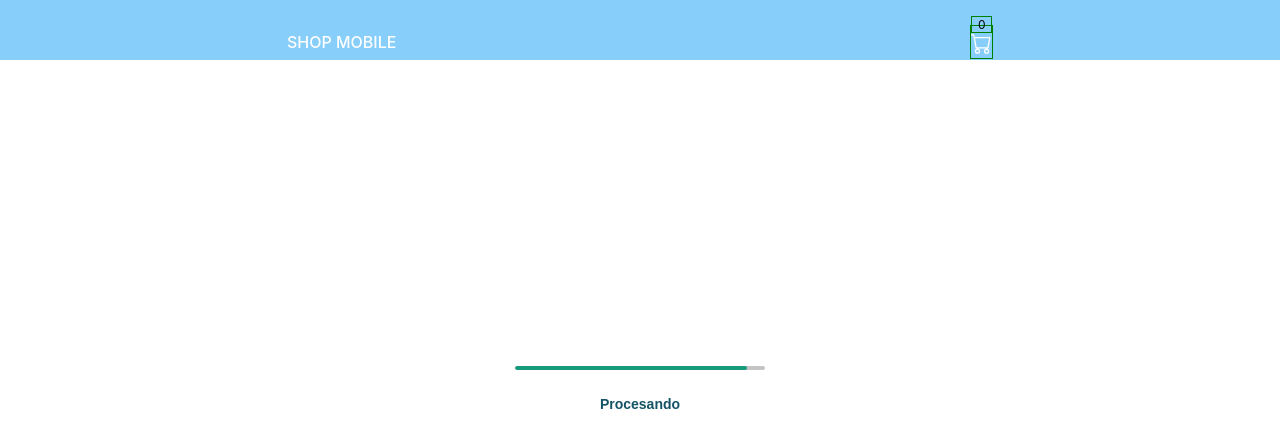
Repository: banchiec/atInditex
Page: /
An editor plug-in stored every save of this project. The page is shown before and after the next save, followed by the edit.
The browser window is 1280 px wide. The pictures show the whole page.
The page's requests for data from a server got no answer. The project was rebuilt for these pictures with package versions that can differ from the ones it lists, and the page was loaded fresh each time. No one was signed in, and anything a server would have sent is missing. Also part of the build but not shown: src/components/Cards/CardProductItem/cardProductItemStyled.js, src/components/Cards/CardProductItem/CardProductItem.js, src/services/cart.services.js, src/utils/products/cart.utils.js, src/screen/DetailsProductScreen/components/ButtonOptions/buttonOptionsStyled.js, src/screen/DetailsProductScreen/components/ButtonOptions/ButtonOptions.js, src/screen/DetailsProductScreen/styles/detailsProductScreenStyled.js, src/screen/DetailsProductScreen/DetailsProductScreen.js.

Above is the page before, as saved 2022-09-08 10:55:32.

### src/App.js
import {BrowserRouter as Router, Routes, Route } from 'react-router-dom'
import * as path from './utils/paths'
import Header from './components/Header/Header';
import ProductsScreen from './screen/ProductsScreen/ProductsScreen';
import DetailsProductScreen from './screen/DetailsProductScreen/DetailsProductScreen';
import { useEffect, useState } from 'react';

let counter = 0

function App() {
  const [counterCart, setCounterCart] = useState(0)

  useEffect(() => {
    handleCounterCart()
  }, [])

  const handleCounterCart = (valor) => {
    console.log(valor);
    if(valor === null){
      setCounterCart(counter)
    }
    setTimeout(() => {
      setCounterCart(valor)
    }, 1000)
    if(valor){
      counter++
    }
  }

  console.log(counterCart);

  return (
    <Router>
      <Header counterCart={counterCart} />
      <Routes>
        <Route path={path.PRODUCTPAGE} element={<ProductsScreen/>} />
        <Route path={path.DETAILSPAGE} element={<DetailsProductScreen handleCounterCart={handleCounterCart} />}  />
      </Routes>
    </Router>
  );
}

export default App;

### src/utils/paths.js
export const PRODUCTPAGE= '/'
export const DETAILSPAGE= '/product/details/:id'

### src/components/Header/Header.js
import { Link } from "react-router-dom"
import {BsCart} from 'react-icons/bs'
import * as path from '../../utils/paths'
import { ContainerHeader } from "./headerStyled"
import { useEffect, useState } from "react"

const Header = ({counterCart}) => {
  const [cartItems,setCartItems] = useState()

  useEffect(() => {
    if(counterCart === null){
      setCartItems(0)
    }
    setCartItems(counterCart?.countItems)
  }, [])

  console.log(counterCart);

  return(
    <ContainerHeader>
      <Link to={path.PRODUCTPAGE}>
        SHOP MOBILE
      </Link>
      <div>
        <p>
        { counterCart != null ? counterCart?.countItems: 0}
        </p>
        <BsCart/>
      </div>
    </ContainerHeader>
  )
}
export default Header

### src/screen/ProductsScreen/ProductsScreen.js
import { useEffect, useState } from "react"
import CardProductItem from "../../components/Cards/CardProductItem/CardProductItem"
import Loader from "../../components/Loaders/Loader"
import { getProducts } from "../../utils/products/products.utils"
import { getWithExpiry } from "../../utils/localStorage"
import { ContainerProducts, Filter, Search } from "./styles/productScreenStyled"

const ProductsScreen = () => {
  const [products, setProducts] = useState(null)
  const [productsSearch, setProductsSearch] = useState([])
  const [value, setValue] = useState('')
  const [alert, setAlert] = useState(null)
  const [cartItem, setCartItems] = useState(0)

  useEffect(() => {
    getProducts()
  },[])
  useEffect(()=> {
    setTimeout(() => {
      setProducts(getWithExpiry('products'));
      setProductsSearch(getWithExpiry('products'))
    }, 2000);
  },[])
  useEffect(() => {
    setTimeout(() => {
      if(getWithExpiry('products') === null){
        setAlert(
          <div>
            <h1>Es necesario volver a solicitar la información</h1>
          </div>
        )
        setProducts([])
      }
    }, 3600000)
  },[])

  const handleGetProduct = (e) => {
    setValue(e.target.value)
    filter(e.target.value)
  }
  const filter = (searchText) => {
    let resutlsSearch = productsSearch.filter((product) => {
      if(product.brand.toString().toLowerCase().includes(searchText.toLowerCase())
        || product.model.toString().toLowerCase().includes(searchText.toLowerCase())){
        return product
      }
    })
    setProducts(resutlsSearch)
  }
  return (
    <div>
      <Filter>
        <h4>LIST ITEM</h4>
        <Search
          type='text'
          placeholder="SEARCH"
          value={value}
          onChange={(e) => handleGetProduct(e)}
        />
      </Filter>
      <ContainerProducts>
        { !products ? (
          <Loader/>
        ):(
          products?.map((item) => {
            return (
              <CardProductItem
                key={item.id}
                id = {item.id}
                imgUrl={item.imgUrl}
                brand={item.brand}
                model={item.model}
                price={item.price}
              />
            )
        })) }
        {alert}
      </ContainerProducts>
    </div>
  )
}

export default ProductsScreen

### src/components/Header/headerStyled.js
import styled from "styled-components";

export const ContainerHeader = styled.header`


  @media (min-width:768px){
    display: flex;
    justify-content: space-around;
    align-items: center;
    background: #87CEFA;
    padding: 25px 0;
    border: 1px solid greee;
    a {
      text-decoration: none;
      color: #ffff;
      font-weight: 500;
    }
    svg {
      font-size: 1.3rem;
      color: #ffff;
    }
    div{
      border: 1px solid green;
      padding: 0;
      margin:0;
      p {
        position: relative;
        border: 1px solid green;
        margin:0 ;
        text-align: center;
        font-size: 12px;
        margin-top: -10px;
        z-index: 2;
      }
    }
  }
`

### src/components/Loaders/Loader.js
import './styles/loader.css'

const Loader = () => {
	return(
		<div className="progress_bar animate-loader">
			<div className="progress_bar__content">
				<div className="progress_bar__wrapper">
					<div className="progress_bar__viewer">
						<div className="progress_bar__shimmer"></div>
					</div>
				</div>
				<div className="progress_bar__state" data-start="Solicitando datos" data-middle="Procesando" data-end="Casi esta!"></div>
			</div>
		</div>
	)
}
export default Loader

### src/utils/products/products.utils.js
import ProductsService from "../../services/product.services"
import { setWithExpiry } from "../localStorage"
const productService = new ProductsService()

export const getProducts = () => {
	productService.getProducts()
		.then((data)=> {
			setWithExpiry('products', JSON.stringify(data.data), 360000)
		})
		.catch((error) => console.log(error))
}
export const getDetailsProduct = (id) => {
	productService.getOneProduct(id)
	.then((data) => {
		setWithExpiry(`detailsProduct${data.data.id}`, JSON.stringify(data.data), 360000)
	})
	.catch((error) => console.log(error))
}

### src/utils/localStorage.js
export const setWithExpiry = (key, value, ttl) =>  {
	const now = new Date()
	const item = {
		value: value,
		expiry: now.getTime() + ttl,
	}
	localStorage.setItem(key, JSON.stringify(item))
}

export const getWithExpiry = (key) =>  {
	const itemStr =  localStorage.getItem(key)
	if (!itemStr) {
		return null
	}
	const item = JSON.parse(itemStr)
	const now = new Date()
	if (now.getTime() > item.expiry) {
		localStorage.removeItem(key)
		return null
	}
	return  JSON.parse( item.value)
}

### src/screen/ProductsScreen/styles/productScreenStyled.js
import styled from "styled-components";
export const ContainerProducts =  styled.div`
  display: flex;
  flex-direction: row;
  justify-content: center;
  flex-wrap: wrap;
	@media (min-width:768px){
  }
`
export const Filter = styled.div`
  display: flex;
  flex-direction: row;
  justify-content: space-between;
  padding:  15px 0;
  margin: 0 6em;
`
export const Search = styled.input`
	@media (min-width:768px){
		padding: 0 20px;
    text-align: end;
    border: none;
    background: whitesmoke;
    border-radius:  5px;/* border: 1px solid green; */
  }
`

### src/components/Loaders/styles/loader.css
.progress_bar {
  font-family: Arial;
  position: fixed;
  left: 0;
  bottom: 0;
  display: flex;
  width: 100%;
  align-items: center;
  justify-content: center;
  background: white;
  top: 60px;
  z-index: 999;
  height: calc(100vh - 60px);
}
.progress_bar__wrapper {
  overflow: hidden;
  border-radius: 15px;
  width: 250px;
  background-color: #c4c4c4;
  overflow: hidden;
}
.progress_bar__viewer {
  background: #17997B;
  border-radius: 4px;
  height: 4px;
  transform: scaleX(0);
  transform-origin: 0 0;
}
.progress_bar.animate-loader .progress_bar__viewer {
  animation: FillAnimation 6s cubic-bezier(0.01, 1.06, 0.71, 1) forwards infinite;
}
.progress_bar.animate-loader .progress_bar__state::before {
  content: '';
  animation: TextChange 6s infinite;
}
.progress_bar__content {
  display: flex;
  flex-direction: column;
}
.progress_bar__state {
  margin-top: 24px;
  text-align: center;
  font-size: 14px;
  line-height: 1.5;
  font-weight: bold;
  color: #155366;
}
@keyframes FillAnimation {
  0% {
    transform: scaleX(0.028);
  }
  10% {
    transform: scaleX(0.028);
  }
  20% {
    transform: scaleX(0.028);
  }
  25% {
    transform: scaleX(0.24);
  }
  35% {
    transform: scaleX(0.24);
  }
  45% {
    transform: scaleX(0.24);
  }
  50% {
    transform: scaleX(0.624);
  }
  60% {
    transform: scaleX(0.624);
  }
  70% {
    transform: scaleX(0.624);
  }
  75% {
    transform: scaleX(0.928);
  }
  85% {
    transform: scaleX(0.928);
  }
  95% {
    transform: scaleX(0.928);
  }
  100% {
    transform: scaleX(1);
  }
}
@keyframes TextChange {
  0% {
    content: attr(data-start);
  }
  24% {
    content: attr(data-start);
  }
  25% {
    content: attr(data-middle);
  }
  99% {
    content: attr(data-middle);
  }
  100% {
    content: attr(data-end);
  }
}

### src/services/product.services.js
import axios from 'axios'

class ProductsService {
	constructor() {
		this.instance = axios.create({
			baseURL: `https://front-test-api.herokuapp.com/api/product`,
			withCredentials: false
		})
	}
	deleteProduct = (id) => this.instance.delete(`/${id}`)
	getProducts = () => this.instance.get("/")
	getOneProduct = (id) => this.instance.get(`/${id}`)
	createProduct = (form) => this.instance.post("/new", form)
}
export default ProductsService;

Loaded but not shown: public/index.html (common file); src/index.js (common file); src/index.css (common file); src/reportWebVitals.js (common file)

After the next save:
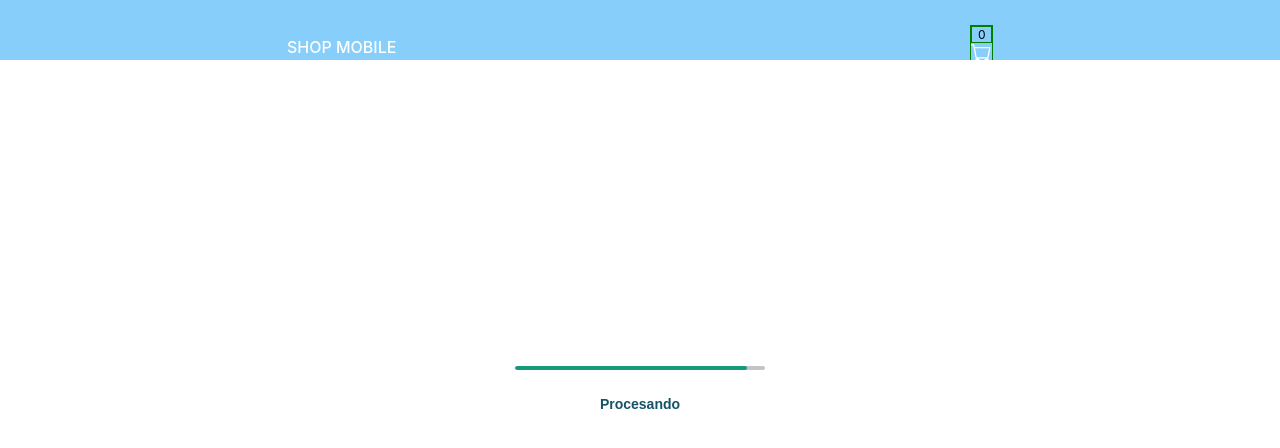
Saved 4 s later.
--- a/src/components/Header/headerStyled.js
+++ b/src/components/Header/headerStyled.js
@@ -29,7 +29,7 @@ export const ContainerHeader = styled.header`
         margin:0 ;
         text-align: center;
         font-size: 12px;
-        margin-top: -10px;
+        /* margin-top: -10px; */
         z-index: 2;
       }
     }
